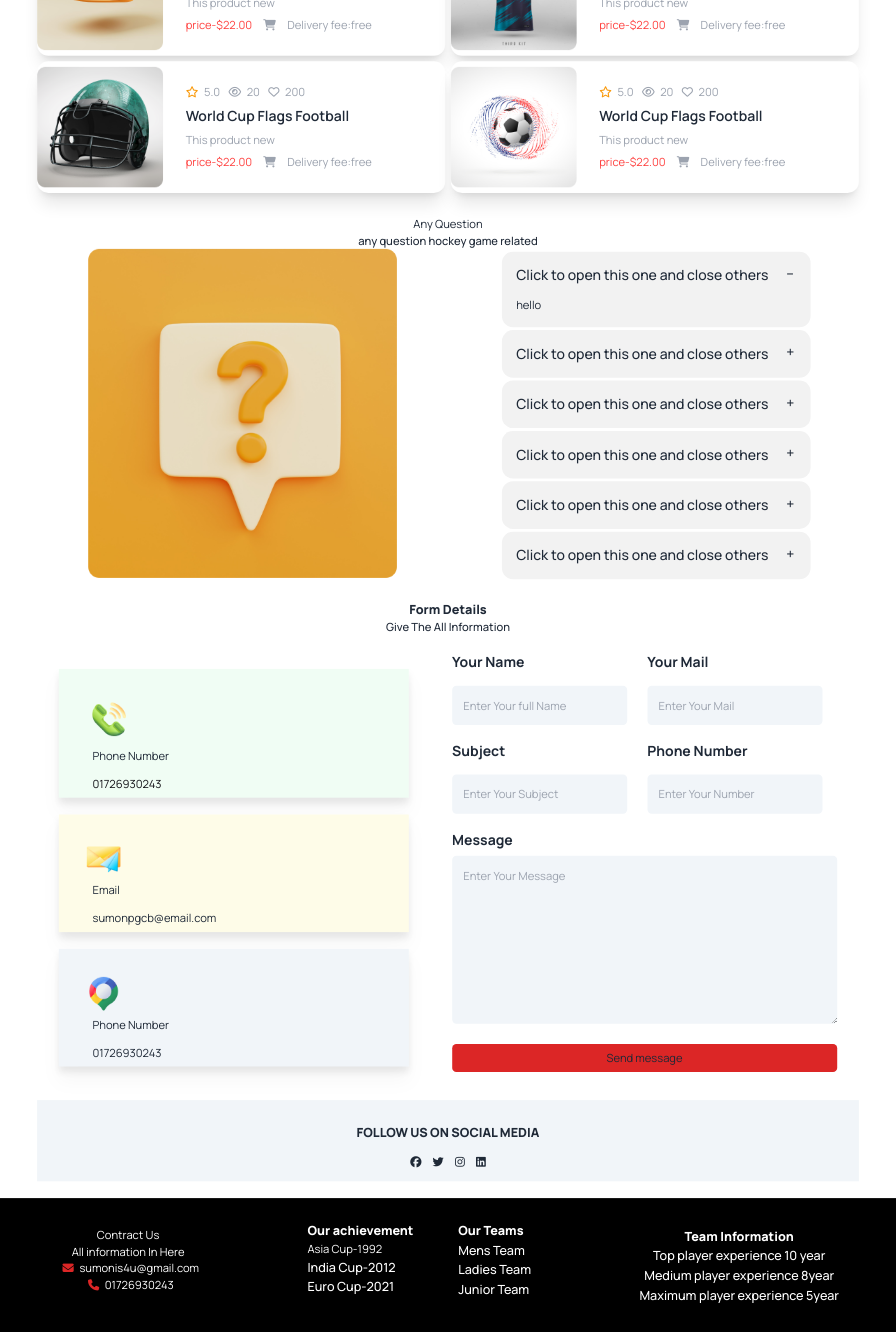
Repository: sumonkumarsarkar/bd-hockeys-team
Page: index.html
An editor plug-in stored every save of this project. The page is shown before and after the next save, followed by the edit.
The browser window is 1280 px wide. The pictures show the part of the page from y = 2421 to 4341 px (the page is 4325 px tall before and 4341 px after), at 70% of full size.
Some web libraries are served in a nearby version.

Above is the page before, as saved 2024-01-24 19:07:26.

After the next save:
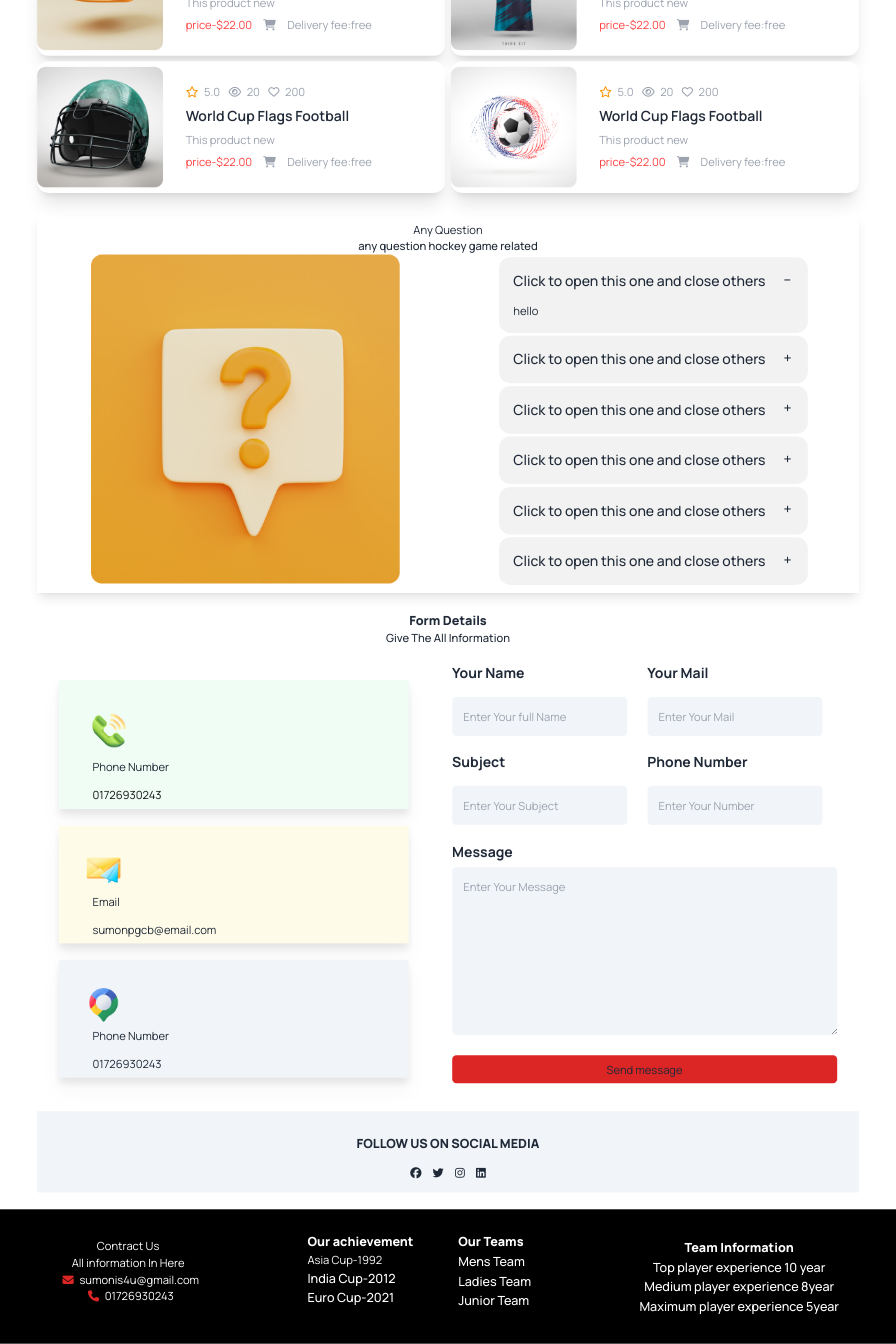
Saved 51 s later.
--- a/index.html
+++ b/index.html
@@ -409,7 +409,7 @@
 
 <!-- Question part start  -->
 
-<section>
+<section class="p-2 shadow-lg">
 
     <div class="text-center">
         <h2 class="class="font-extrabold text-3xl space-y-4" >Any Question</h2>
